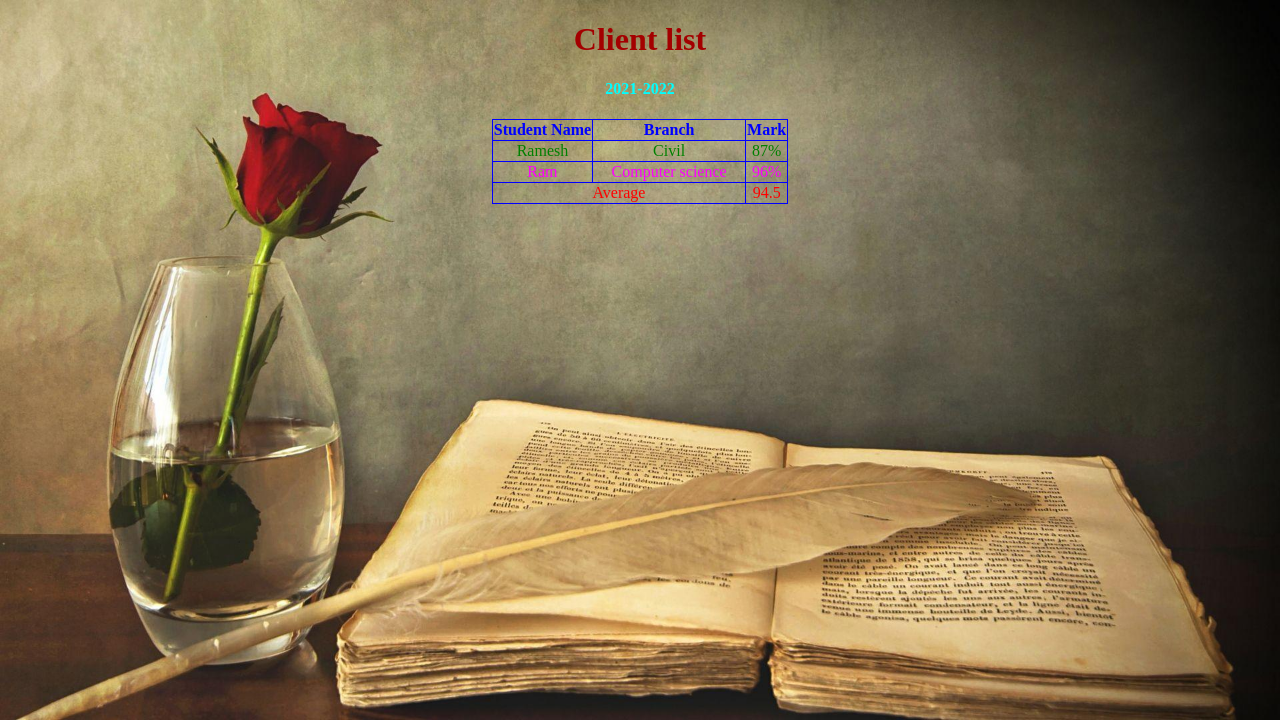
Repository: Balamurugan1914/crud_operation_without_db
Page: http://localhost/html_example/client.html
The author's editor kept a copy of each file at every save. The page is drawn from the files as they stood at one save, then again after the next save.
The browser window is 1280 px wide. The pictures show the whole page.
The page is served by Tomcat 9.

Above is the page before, as saved 2022-06-22 12:52:46.

### html_example/src/main/webapp/client.html
<!DOCTYPE html>
<html>
<head>
<meta charset="UTF-8">
<title>Client List</title>



<link href="style/mycssfilestyle.css" type="text/css" rel="stylesheet">
<style type="text/css">
h1 {

	color: rgb(164, 0, 0);
}
</style>
</head>
<body class="background">

<h1 class="centerText" >Client list</h1>
<h4 class="centerText">2021-2022</h4>

<table  border="1" >
	<thead align="center">
		<tr class="Light" >
			<th>Student Name</th>
			<th style="width: 150px">Branch</th>
			<th>Mark</th>
		</tr>
	</thead>
	<tbody align="center">
		<tr class="medium">
			<td>Ramesh</td>
			<td>Civil</td>
			<td>87%</td>
		</tr>
		<tr class="medium1">
			<td>Ram</td>
			<td>Computer science</td>
			<td>96%</td>
		</tr>
	</tbody>
	<tfoot align="center">
		<tr class="dark">
			<td colspan="2" class="centerText">Average</td>
			<td>94.5</td>
		</tr>
	</tfoot>
</table>

</body>
</html>

### html_example/src/main/webapp/style/mycssfilestyle.css
@charset "UTF-8";

h4{
	text-align: center;
	color: cyan;
	}

	.centerText{
	text-align: center;

	}

	.Light{

	color: blue

	}

	.medium{

	color: green

	}
	.medium1{

	color: magenta

	}
	.dark{

	color: red

	}

	table{

	border: 1px solid blue;
	border-collapse: collapse;
	margin-left: auto;
	margin-right: auto;

	}

	th,tr,td{

	border: 1px solid blue;

	}

	.background{

	background-image: url("../images/books.jpg");
	background-repeat: no-repeat;
	background-size: cover;
	background-position:


	}
	.background1{

	background-image: url("../images/books.jpg");
	background-repeat: no-repeat;
	background-size: cover;


	}

After the next save:
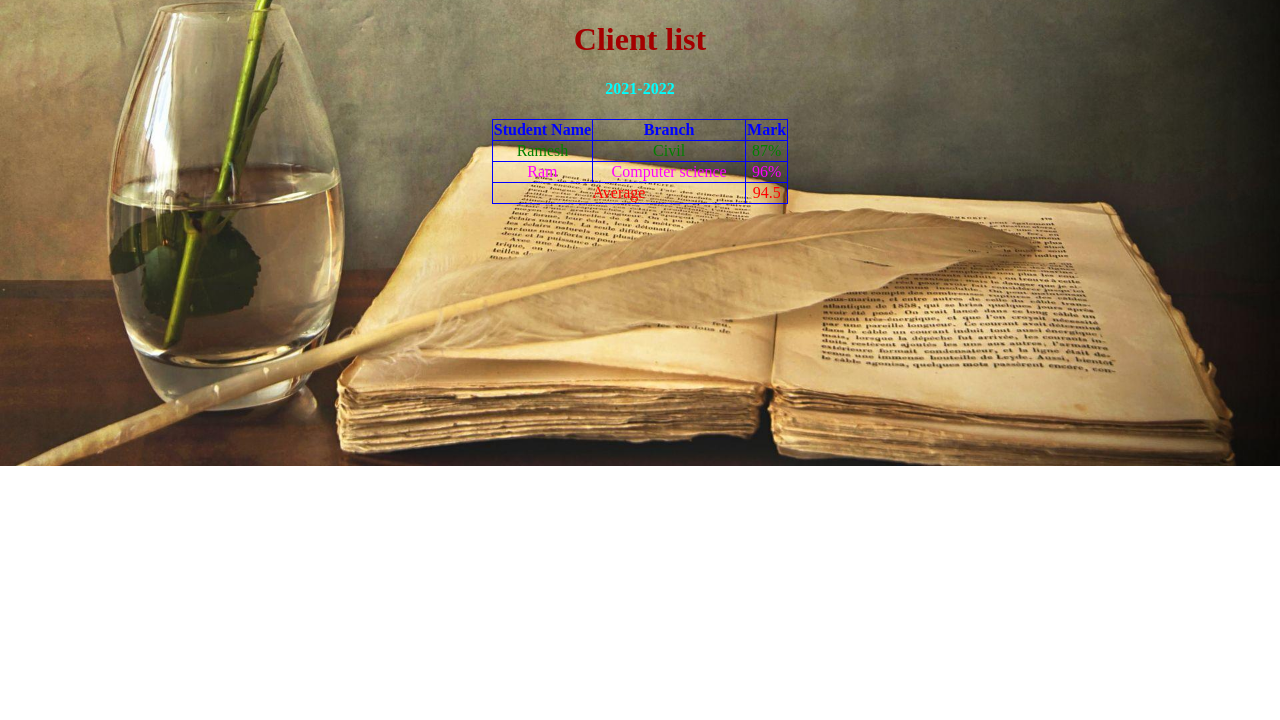
Saved 43 s later.
--- a/html_example/src/main/webapp/style/mycssfilestyle.css
+++ b/html_example/src/main/webapp/style/mycssfilestyle.css
@@ -52,8 +52,7 @@
 	background-image: url("../images/books.jpg");
 	background-repeat: no-repeat;
 	background-size: cover;
-	background-position:
-
+	background-position: center;
 
 	}
 	.background1{

After the save that followed:
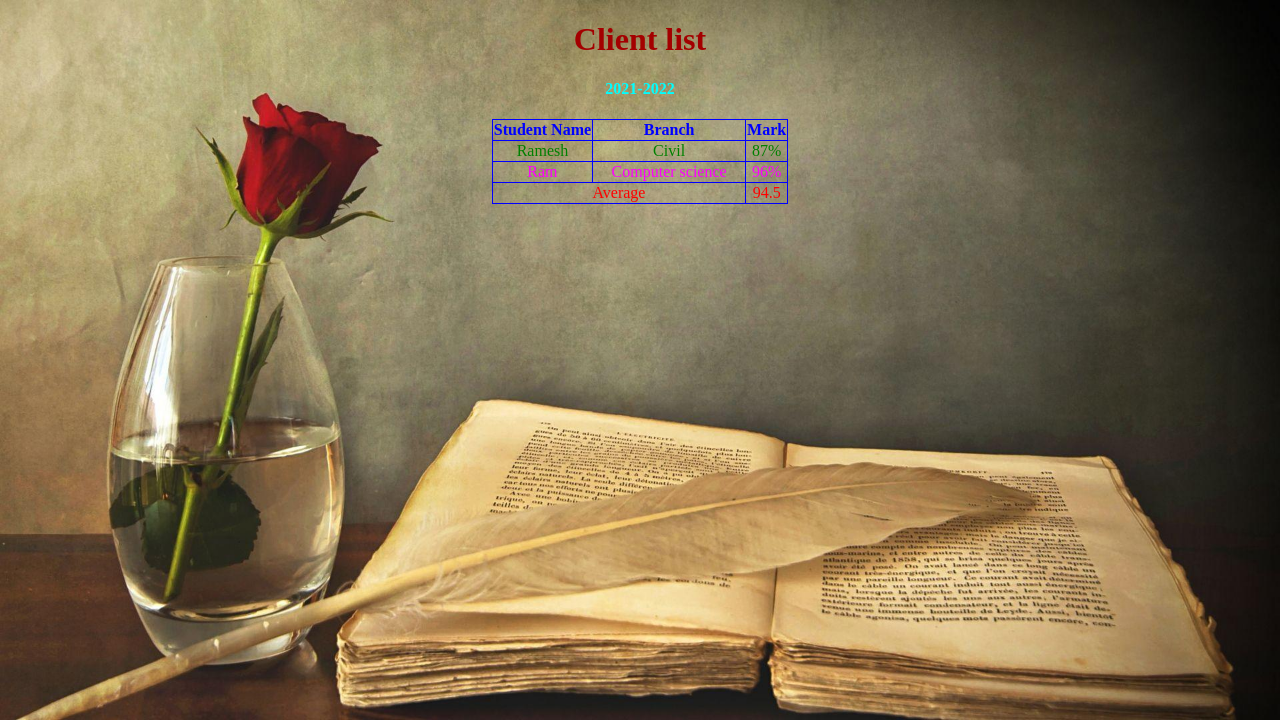
Saved 22 s later.
--- a/html_example/src/main/webapp/style/mycssfilestyle.css
+++ b/html_example/src/main/webapp/style/mycssfilestyle.css
@@ -52,7 +52,7 @@
 	background-image: url("../images/books.jpg");
 	background-repeat: no-repeat;
 	background-size: cover;
-	background-position: center;
+
 
 	}
 	.background1{
